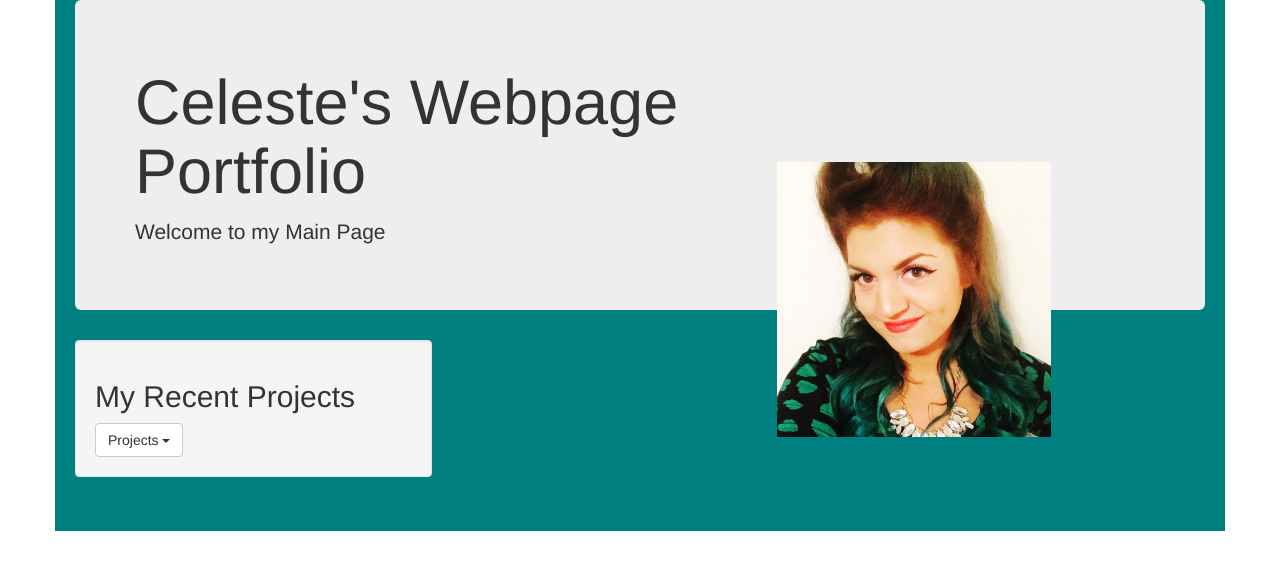
Repository: fieldceleste/portfolio-celeste
Page: portfolio-celeste.html
These files come from the project's save history. The page is drawn as it stood at one moment and after the next save; the edit follows.
The browser window is 1280 px wide. The pictures show the whole page.

Above is the page before, as saved 2019-11-01 12:46:14.

After the next save:
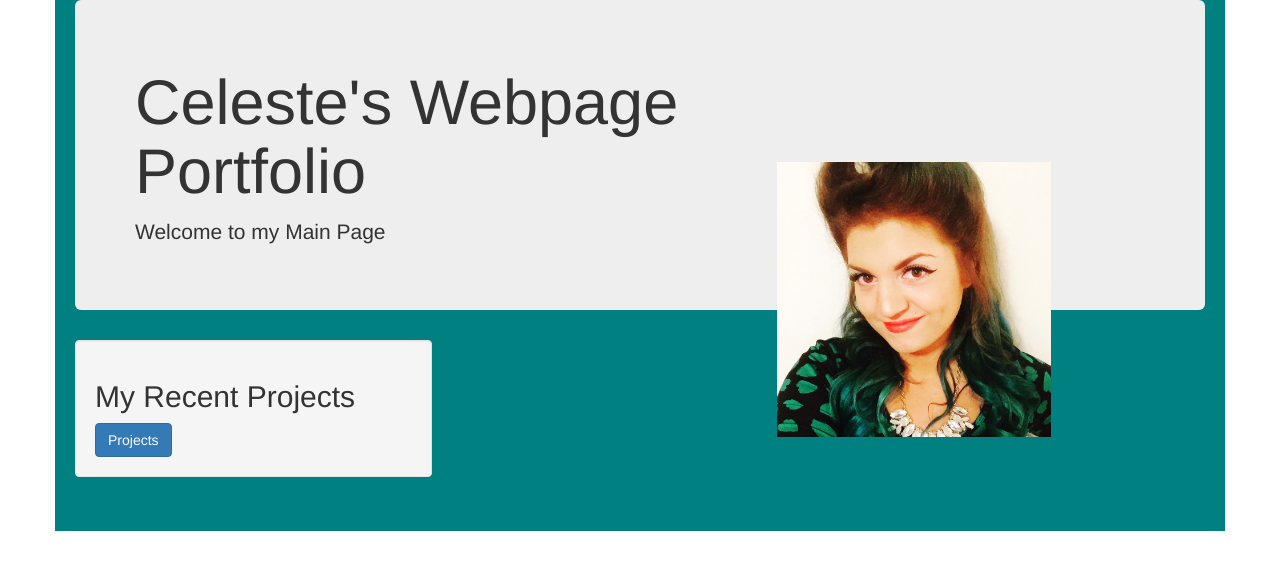
Saved 2 min 46 s later.
--- a/portfolio-celeste.html
+++ b/portfolio-celeste.html
@@ -18,16 +18,15 @@
              </div>
             <h2>My Recent Projects</h2>
             <div class="dropdown">
-                    <button class="btn btn-default dropdown-toggle" type="button" data-toggle="dropdown">Projects
-                    <span class="caret"></span></button>
-                    <ul class="dropdown-menu">
-                      <li><a href="https://github.com/fieldceleste/interior-decorator.git">Interior Decoratoring</a></li>
-                      <li class="disabled"><a href="#">Disabled</a></li>
-                      <li class="active"><a href="#">Active</a></li>
-                      <li><a href="#">Normal</a></li>
-                    </ul>
+                    <button type="button" class="btn btn-primary dropdown-toggle" data-toggle="dropdown">
+                      Projects
+                    </button>
+                    <div class="dropdown-menu">
+                      <a class="dropdown-item" href="#">Link 1</a>
+                      <a class="dropdown-item" href="#">Link 2</a>
+                      <a class="dropdown-item" href="#">Link 3</a>
+                    </div>
                   </div>
-        </div>
 
 
 
